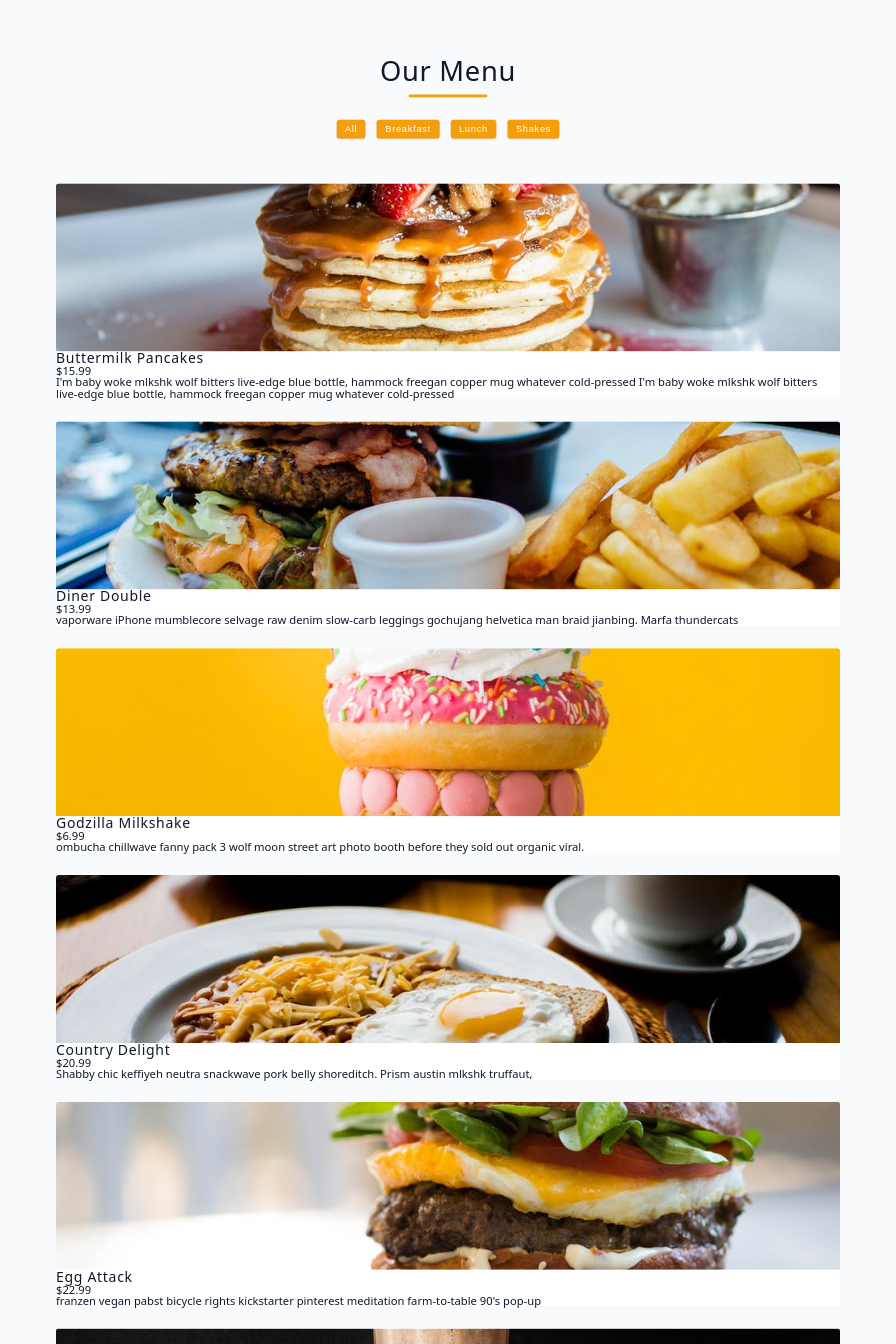
Repository: dydals3440/React-Projects
Page: / (app in 04-fundamental-projects/05-menu/starter/)
An editor plug-in stored every save of this project. The page is shown before and after the next save, followed by the edit.
The browser window is 1280 px wide. The pictures show the part of the page from y = 0 to 1920 px (the page is 3242 px tall before and 3674 px after), at 70% of full size.
The project was rebuilt for these pictures with package versions that can differ from the ones it lists, and the page was loaded fresh each time. Also part of the build but not shown: 04-fundamental-projects/05-menu/starter/vite.config.js.

Above is the page before, as saved 2023-09-07 13:57:22.

### 04-fundamental-projects/05-menu/starter/src/App.jsx
import { useState } from 'react';
import Title from './Title';
import menu from './data';
import Menu from './Menu';
import Categories from './Categories';

// const tempCategories = menu.map((item) => item.category);
// // 중복된 카테고리를 제외!
// const tempSet = new Set(tempCategories);
// const tempItems = ['all', ...tempSet];
// console.log(tempItems);

const allCategories = ['all', ...new Set(menu.map((item) => item.category))];

const App = () => {
  const [menuItems, setMenuItems] = useState(menu);
  const [categories, setCategories] = useState(allCategories);
  const filterItems = (category) => {
    if (category === 'all') {
      setMenuItems(menu);
      return;
    }
    const newItems = menu.filter((item) => item.category === category);
    setMenuItems(newItems);
  };

  return (
    <main>
      <section className='menu'>
        <Title text='our menu' />
        <Categories categories={categories} filterItems={filterItems} />
        <Menu items={menuItems} />
      </section>
    </main>
  );
};
export default App;

### 04-fundamental-projects/05-menu/starter/src/index.css
/* ============= GLOBAL CSS =============== */

*,
::after,
::before {
  margin: 0;
  padding: 0;
  box-sizing: border-box;
}

html {
  font-size: 100%;
} /*16px*/

:root {
  /* colors */
  --primary-100: #fef3c7;
  --primary-200: #fde68a;
  --primary-300: #fcd34d;
  --primary-400: #fbbf24;
  --primary-500: #f59e0b;
  --primary-600: #d97706;
  --primary-700: #b45309;
  --primary-800: #92400e;
  --primary-900: #78350f;

  /* grey */
  --grey-50: #f8fafc;
  --grey-100: #f1f5f9;
  --grey-200: #e2e8f0;
  --grey-300: #cbd5e1;
  --grey-400: #94a3b8;
  --grey-500: #64748b;
  --grey-600: #475569;
  --grey-700: #334155;
  --grey-800: #1e293b;
  --grey-900: #0f172a;
  /* rest of the colors */
  --black: #222;
  --white: #fff;
  --red-light: #f8d7da;
  --red-dark: #842029;
  --green-light: #d1e7dd;
  --green-dark: #0f5132;

  --small-text: 0.875rem;
  --extra-small-text: 0.7em;
  /* rest of the vars */
  --backgroundColor: var(--grey-50);
  --textColor: var(--grey-900);
  --borderRadius: 0.25rem;
  --letterSpacing: 1px;
  --transition: 0.3s ease-in-out all;
  --max-width: 1120px;
  --fixed-width: 600px;

  /* box shadow*/
  --shadow-1: 0 1px 3px 0 rgba(0, 0, 0, 0.1), 0 1px 2px 0 rgba(0, 0, 0, 0.06);
  --shadow-2: 0 4px 6px -1px rgba(0, 0, 0, 0.1),
    0 2px 4px -1px rgba(0, 0, 0, 0.06);
  --shadow-3: 0 10px 15px -3px rgba(0, 0, 0, 0.1),
    0 4px 6px -2px rgba(0, 0, 0, 0.05);
  --shadow-4: 0 20px 25px -5px rgba(0, 0, 0, 0.1),
    0 10px 10px -5px rgba(0, 0, 0, 0.04);
}

body {
  background: var(--backgroundColor);
  font-family: system-ui, -apple-system, BlinkMacSystemFont, 'Segoe UI', Roboto,
    Oxygen, Ubuntu, Cantarell, 'Open Sans', 'Helvetica Neue', sans-serif;
  font-weight: 400;
  line-height: 1;
  color: var(--textColor);
}
p {
  margin: 0;
}
h1,
h2,
h3,
h4,
h5 {
  margin: 0;
  font-family: var(--headingFont);
  font-weight: 400;
  line-height: 1;
  text-transform: capitalize;
  letter-spacing: var(--letterSpacing);
}

h1 {
  font-size: 3.052rem;
}

h2 {
  font-size: 2.441rem;
}

h3 {
  font-size: 1.953rem;
}

h4 {
  font-size: 1.563rem;
}

h5 {
  font-size: 1.25rem;
}

.text {
  margin-bottom: 1.5rem;
  max-width: 40em;
}

small,
.text-small {
  font-size: var(--small-text);
}

a {
  text-decoration: none;
}
ul {
  list-style-type: none;
  padding: 0;
}

.img {
  width: 100%;
  display: block;
  object-fit: cover;
}
/* buttons */

.btn {
  cursor: pointer;
  color: var(--white);
  background: var(--primary-500);
  border: transparent;
  border-radius: var(--borderRadius);
  letter-spacing: var(--letterSpacing);
  padding: 0.375rem 0.75rem;
  box-shadow: var(--shadow-1);
  transition: var(--transition);
  text-transform: capitalize;
  display: inline-block;
}
.btn:hover {
  background: var(--primary-700);
  box-shadow: var(--shadow-3);
}
.btn-hipster {
  color: var(--primary-500);
  background: var(--primary-200);
}
.btn-hipster:hover {
  color: var(--primary-200);
  background: var(--primary-700);
}
.btn-block {
  width: 100%;
}

/* alerts */
.alert {
  padding: 0.375rem 0.75rem;
  margin-bottom: 1rem;
  border-color: transparent;
  border-radius: var(--borderRadius);
}

.alert-danger {
  color: var(--red-dark);
  background: var(--red-light);
}
.alert-success {
  color: var(--green-dark);
  background: var(--green-light);
}
/* form */

.form {
  width: 90vw;
  max-width: var(--fixed-width);
  background: var(--white);
  border-radius: var(--borderRadius);
  box-shadow: var(--shadow-2);
  padding: 2rem 2.5rem;
  margin: 3rem auto;
}
.form-label {
  display: block;
  font-size: var(--small-text);
  margin-bottom: 0.5rem;
  text-transform: capitalize;
  letter-spacing: var(--letterSpacing);
}
.form-input,
.form-textarea {
  width: 100%;
  padding: 0.375rem 0.75rem;
  border-radius: var(--borderRadius);
  background: var(--backgroundColor);
  border: 1px solid var(--grey-200);
}

.form-row {
  margin-bottom: 1rem;
}

.form-textarea {
  height: 7rem;
}
::placeholder {
  font-family: inherit;
  color: var(--grey-400);
}
.form-alert {
  color: var(--red-dark);
  letter-spacing: var(--letterSpacing);
  text-transform: capitalize;
}
/* alert */

@keyframes spinner {
  to {
    transform: rotate(360deg);
  }
}

.loading {
  width: 6rem;
  height: 6rem;
  border: 5px solid var(--grey-400);
  border-radius: 50%;
  border-top-color: var(--primary-500);
  animation: spinner 0.6s linear infinite;
  margin: 0 auto;
}

/* title */

.title {
  text-align: center;
}

.title-underline {
  background: var(--primary-500);
  width: 7rem;
  height: 0.25rem;
  margin: 0 auto;
  margin-top: 1rem;
}
/* ============= PROJECT CSS =============== */
.menu {
  padding: 5rem 0;
}

.btn-container {
  margin: 2rem 0 4rem 0;
  display: flex;
  justify-content: center;
  flex-wrap: wrap;
  gap: 1rem;
}

.section-center {
  width: 90vw;
  margin: 0 auto;
  max-width: var(--max-width);
  display: grid;
  gap: 2rem;
}

.menu-item {
  background: var(--white);
  border-radius: var(--borderRadius);
}

.menu-item .img {
  height: 15rem;
  border-top-right-radius: var(--borderRadius);
  border-top-left-radius: var(--borderRadius);
}

### 04-fundamental-projects/05-menu/starter/src/Title.jsx
function Title({ text }) {
  return (
    <div className='title'>
      <h2>{text || 'Default Title'}</h2>
      <div className='title-underline'></div>
    </div>
  );
}

export default Title;

### 04-fundamental-projects/05-menu/starter/src/data.js
const menu = [
  {
    id: 1,
    title: 'buttermilk pancakes',
    category: 'breakfast',
    price: 15.99,
    img: '/images/item-1.jpeg',
    desc: `I'm baby woke mlkshk wolf bitters live-edge blue bottle, hammock freegan copper mug whatever cold-pressed I'm baby woke mlkshk wolf bitters live-edge blue bottle, hammock freegan copper mug whatever cold-pressed `,
  },
  {
    id: 2,
    title: 'diner double',
    category: 'lunch',
    price: 13.99,
    img: '/images/item-2.jpeg',
    desc: `vaporware iPhone mumblecore selvage raw denim slow-carb leggings gochujang helvetica man braid jianbing. Marfa thundercats `,
  },
  {
    id: 3,
    title: 'godzilla milkshake',
    category: 'shakes',
    price: 6.99,
    img: '/images/item-3.jpeg',
    desc: `ombucha chillwave fanny pack 3 wolf moon street art photo booth before they sold out organic viral.`,
  },
  {
    id: 4,
    title: 'country delight',
    category: 'breakfast',
    price: 20.99,
    img: '/images/item-4.jpeg',
    desc: `Shabby chic keffiyeh neutra snackwave pork belly shoreditch. Prism austin mlkshk truffaut, `,
  },
  {
    id: 5,
    title: 'egg attack',
    category: 'lunch',
    price: 22.99,
    img: '/images/item-5.jpeg',
    desc: `franzen vegan pabst bicycle rights kickstarter pinterest meditation farm-to-table 90's pop-up `,
  },
  {
    id: 6,
    title: 'oreo dream',
    category: 'shakes',
    price: 18.99,
    img: '/images/item-6.jpeg',
    desc: `Portland chicharrones ethical edison bulb, palo santo craft beer chia heirloom iPhone everyday`,
  },
  {
    id: 7,
    title: 'bacon overflow',
    category: 'breakfast',
    price: 8.99,
    img: '/images/item-7.jpeg',
    desc: `carry jianbing normcore freegan. Viral single-origin coffee live-edge, pork belly cloud bread iceland put a bird `,
  },
  {
    id: 8,
    title: 'american classic',
    category: 'lunch',
    price: 12.99,
    img: '/images/item-8.jpeg',
    desc: `on it tumblr kickstarter thundercats migas everyday carry squid palo santo leggings. Food truck truffaut  `,
  },
  {
    id: 9,
    title: 'quarantine buddy',
    category: 'shakes',
    price: 16.99,
    img: '/images/item-9.jpeg',
    desc: `skateboard fam synth authentic semiotics. Live-edge lyft af, edison bulb yuccie crucifix microdosing.`,
  },
];
export default menu;

### 04-fundamental-projects/05-menu/starter/src/Menu.jsx
import MenuItem from './MenuItem';

const Menu = ({ items }) => {
  return (
    <div className='section-center'>
      {items.map((menuItem) => {
        return <MenuItem key={menuItem.id} {...menuItem} />;
      })}
    </div>
  );
};

export default Menu;

### 04-fundamental-projects/05-menu/starter/src/Categories.jsx
const Categories = ({ categories, filterItems }) => {
  return (
    <div className='btn-container'>
      {categories.map((category) => {
        return (
          <button
            type='button'
            className='btn'
            key={category}
            // 카테고리를 통과해야하기 떄문에 화살표함수 기능을 제공해야함.
            onClick={() => filterItems(category)}
          >
            {category}
          </button>
        );
      })}
    </div>
  );
};

export default Categories;

### 04-fundamental-projects/05-menu/starter/src/MenuItem.jsx
const MenuItem = ({ img, title, price, desc }) => {
  return (
    <article className='menu-item'>
      <img src={img} alt={title} className='img' />
      <div className='item-info'>
        <header>
          <h5>{title}</h5>
          <span className='item-price'>${price}</span>
        </header>
        <p className='item-text'>{desc}</p>
      </div>
    </article>
  );
};

export default MenuItem;

Loaded but not shown: 04-fundamental-projects/05-menu/starter/index.html (common file); 04-fundamental-projects/05-menu/starter/src/main.jsx (common file)

After the next save:
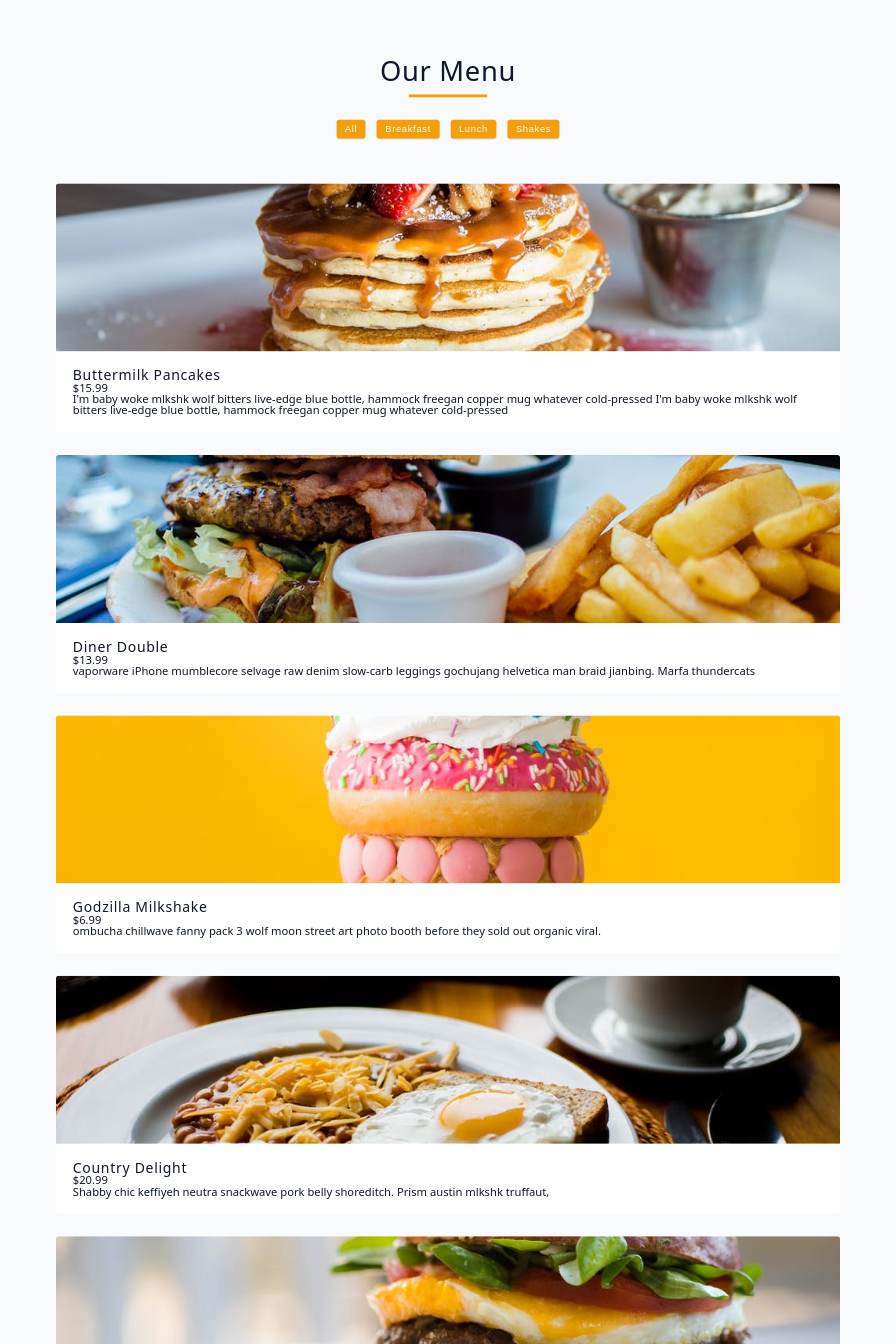
Saved 27 s later.
--- a/04-fundamental-projects/05-menu/starter/src/index.css
+++ b/04-fundamental-projects/05-menu/starter/src/index.css
@@ -283,3 +283,7 @@ ul {
   border-top-right-radius: var(--borderRadius);
   border-top-left-radius: var(--borderRadius);
 }
+
+.item-info {
+  padding: 1.5rem;
+}
